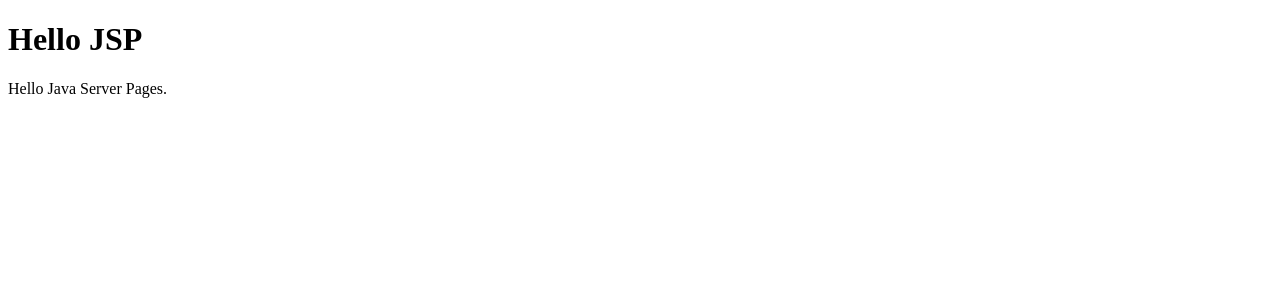
Repository: ckd0523/JSPWORK
Page: http://localhost/WebMarket/Welcome.jsp
The author's editor kept a copy of each file at every save. The page is drawn from the files as they stood at one save, then again after the next save.
The browser window is 1280 px wide. The pictures show the whole page.
The page is served by Tomcat 9. Nobody is signed in. The application's start-up code is not run.

Above is the page before, as saved 2024-02-19 01:28:58.

After the next save:
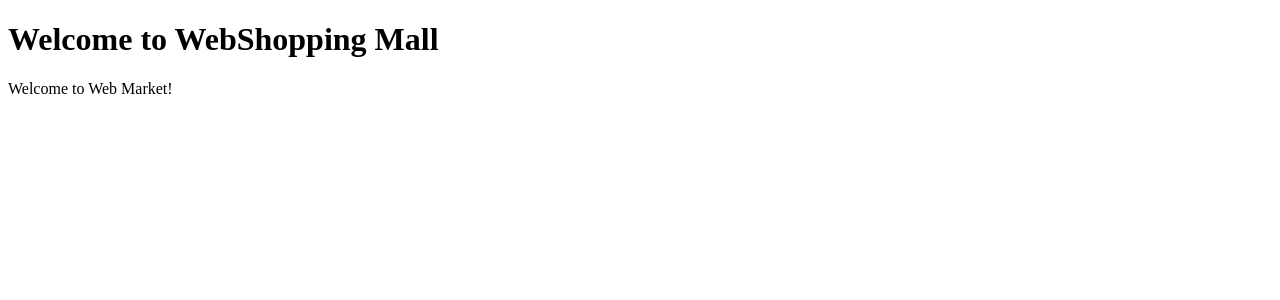
Saved 101 s later.
--- a/WebMarket/src/main/webapp/Welcome.jsp
+++ b/WebMarket/src/main/webapp/Welcome.jsp
@@ -7,7 +7,7 @@
 <title>Insert title here</title>
 </head>
 <body>
-	<h1>Hello JSP</h1>
-	Hello Java Server Pages.
+	<h1>Welcome to WebShopping Mall</h1>
+	Welcome to Web Market!
 </body>
 </html>
